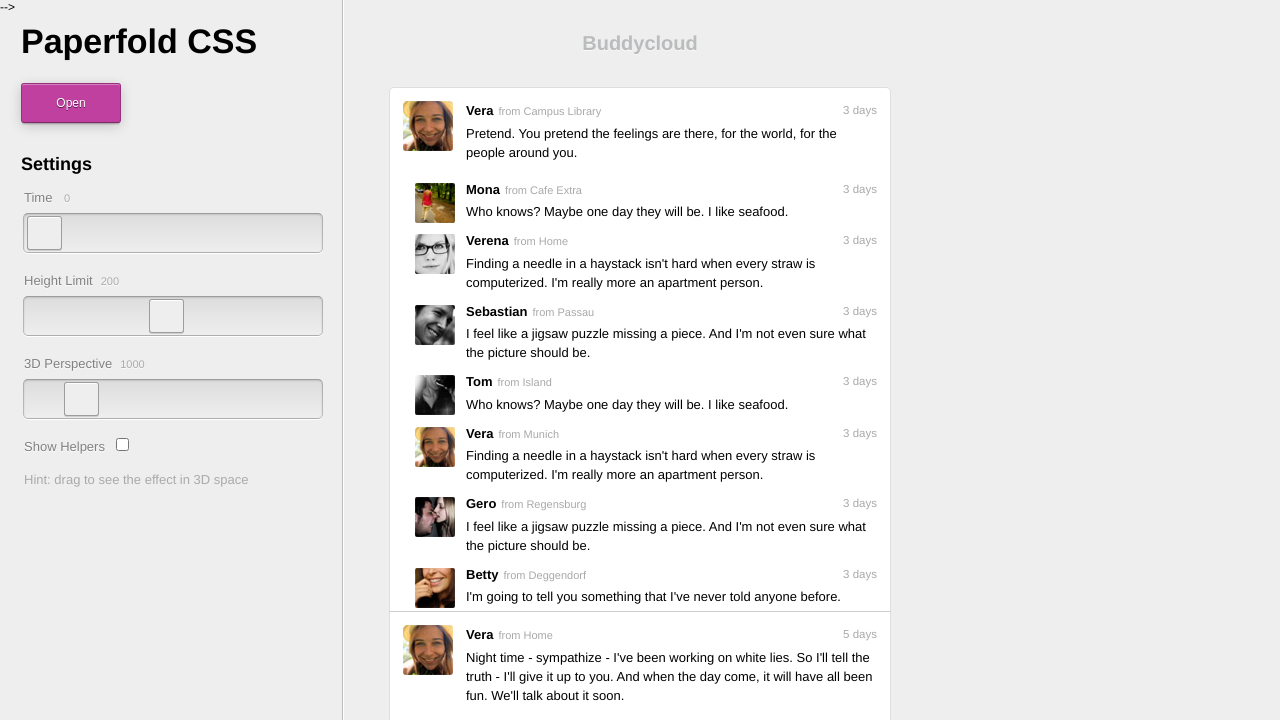
Repository: enj/SASProject
Page: fold.html
The author's editor kept a record of every edit. The page is drawn from the files as they stood at one moment, then again after the next edit.
The browser window is 1280 px wide. The pictures show the whole page.
An inner scrolling area shows only its first screen.

Above is the page before.

After the next edit:
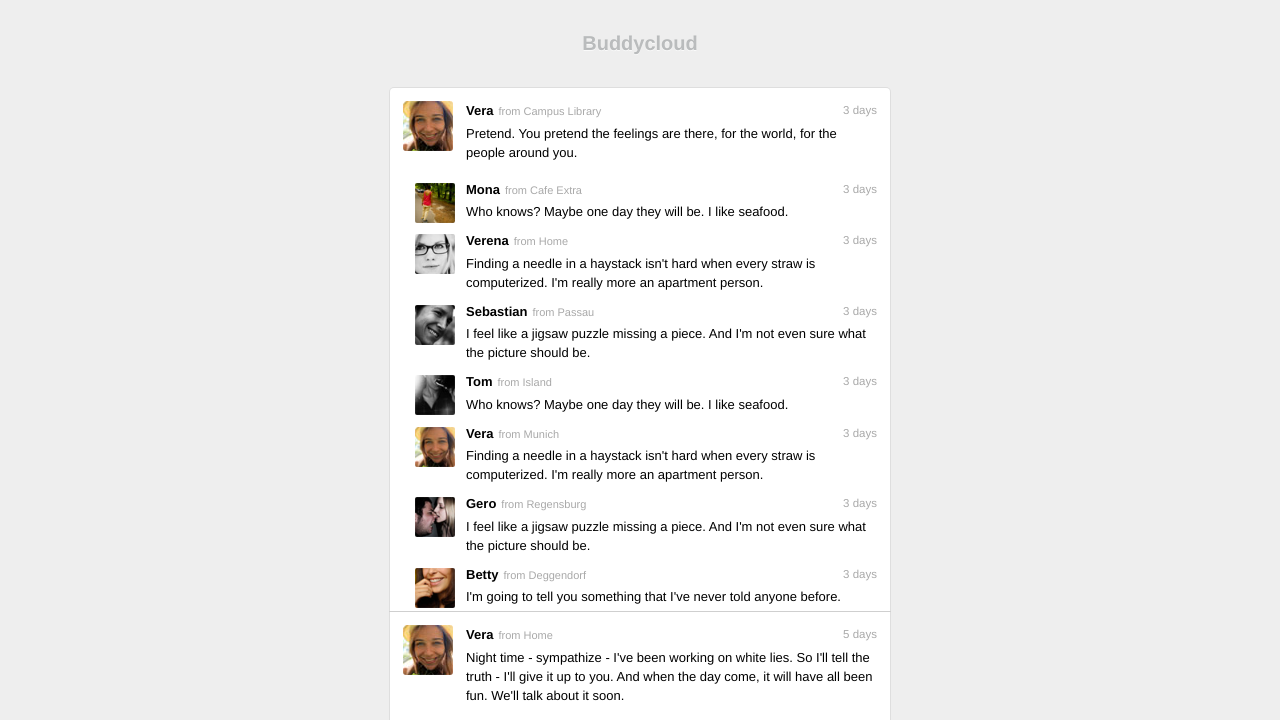
The edit:
--- a/fold.html
+++ b/fold.html
@@ -14,7 +14,7 @@
   <script type="text/javascript" src="js/prefixfree.min.js"></script>
 </head>
 <body>
-  <div id="controls">
+  <!--<div id="controls">
     <h1>Paperfold CSS</h1>
     <button id="go" class="highlighted">Open</button>
     <h2>Settings</h2>
